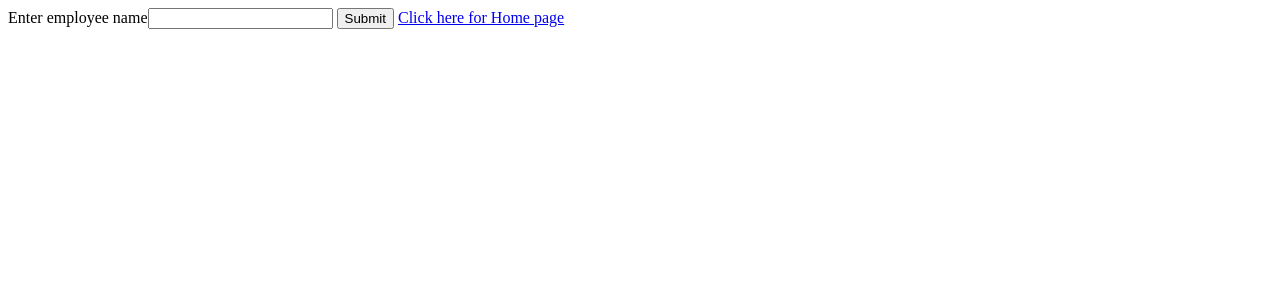
Repository: RushikeshChendake/Crud-Application
Page: Servlet_JSP-Crude/WebContent/insert.html
These files come from the project's save history. The page is drawn as it stood at one moment and after the next save; the edit follows.
The browser window is 1280 px wide. The pictures show the whole page.

Above is the page before, as saved 2022-12-26 05:25:52.

After the next save:
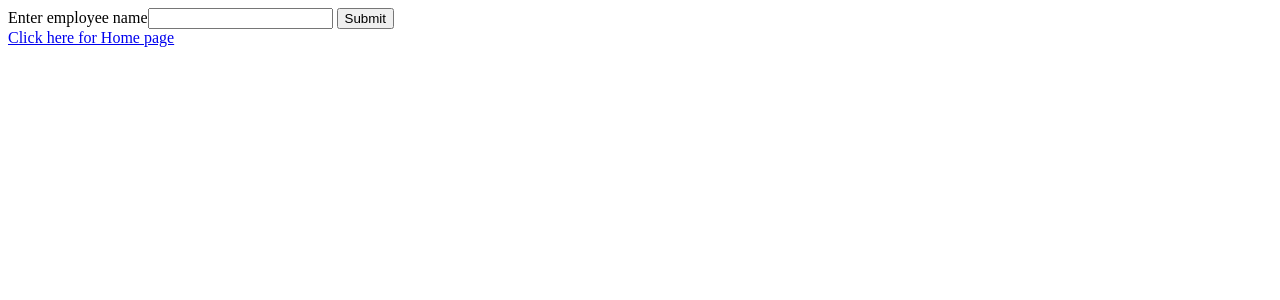
Saved 48 s later.
--- a/Servlet_JSP-Crude/WebContent/insert.html
+++ b/Servlet_JSP-Crude/WebContent/insert.html
@@ -7,7 +7,7 @@
 <body>
 <form action="insert" method="post">
 Enter employee name<input type="text" name="empname">
-<input type ="submit">
+<input type ="submit"><br>
 <a href="index.html">Click here for Home page</a>
 </form>
 </body>
